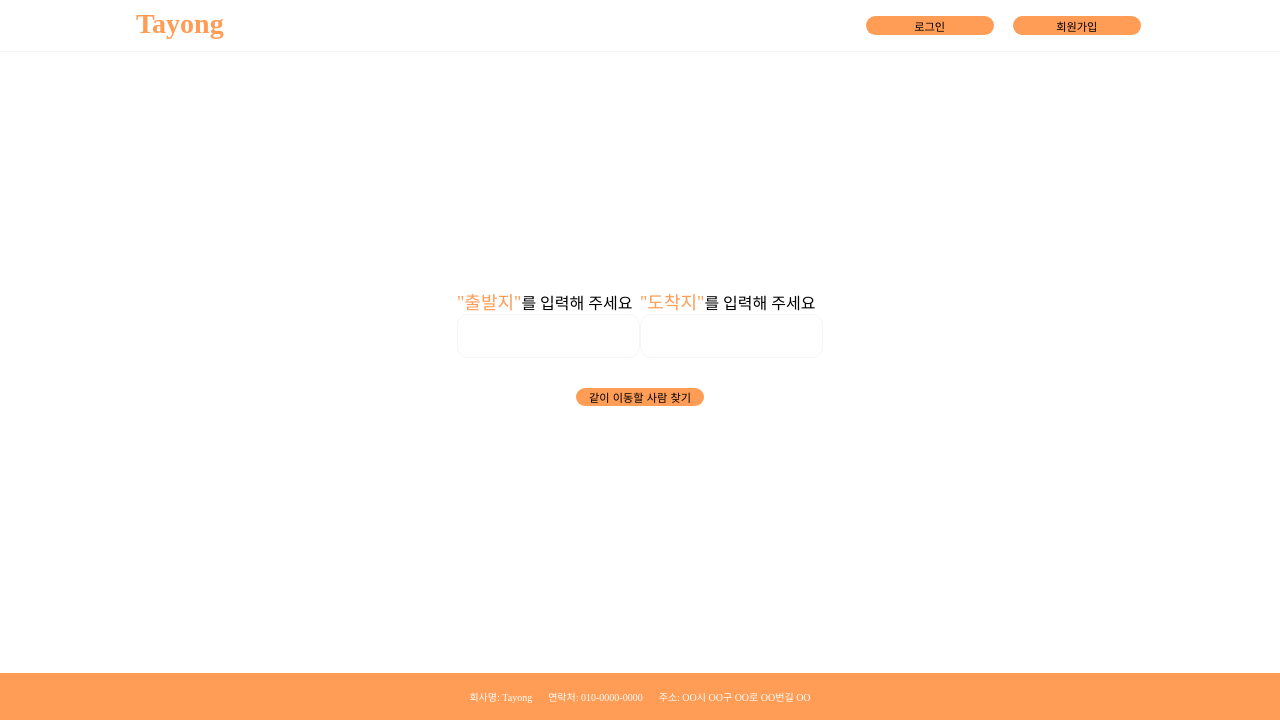
Repository: YEOMJINSEOP/playground
Page: / (app in tayong/)
An editor plug-in stored every save of this project. The page is shown before and after the next save, followed by the edit.
The browser window is 1280 px wide. The pictures show the whole page.
The project was rebuilt for these pictures with package versions that can differ from the ones it lists, and the page was loaded fresh each time.

Above is the page before, as saved 2022-10-28 14:26:02.

After the next save:
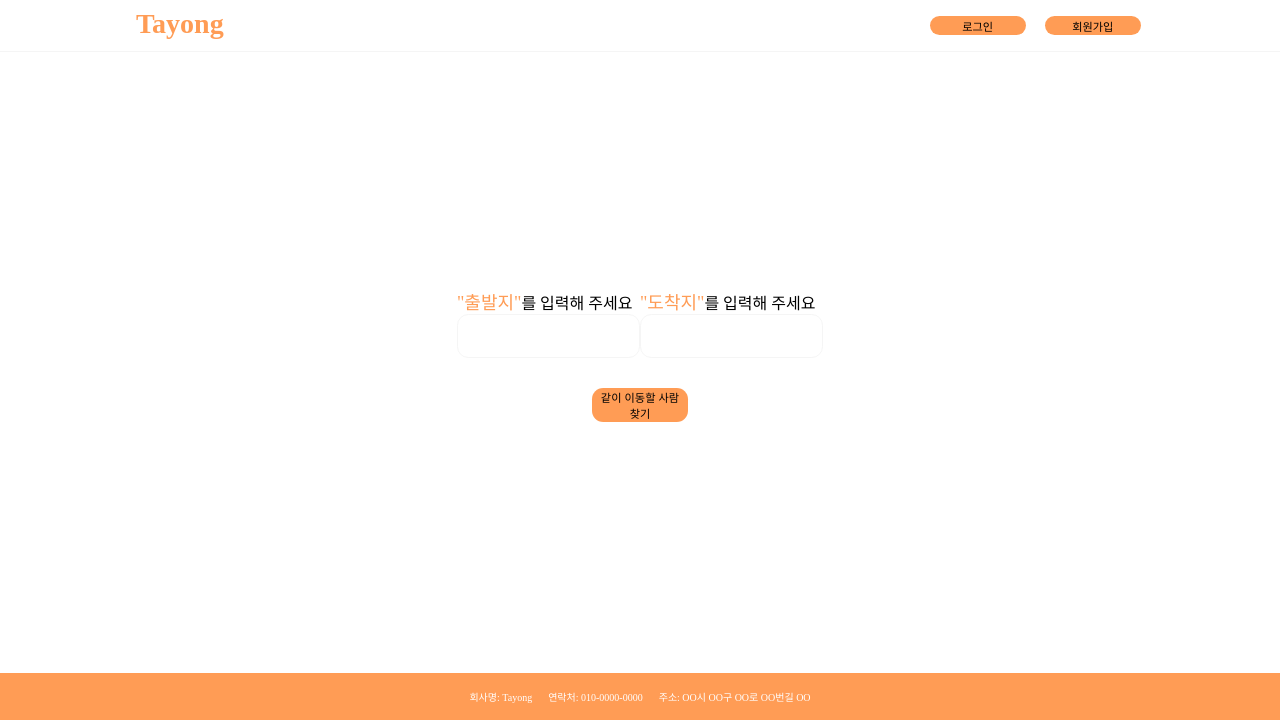
Saved 9 s later.
--- a/tayong/src/components/locationSelector/locationSelector.module.css
+++ b/tayong/src/components/locationSelector/locationSelector.module.css
@@ -36,7 +36,7 @@
 }
 
 button{
-  width: 8rem;
+  width: 6rem;
   background-color: var(--color-orange);
   border-radius: var(--border-radius) ;
 }

After the save that followed:
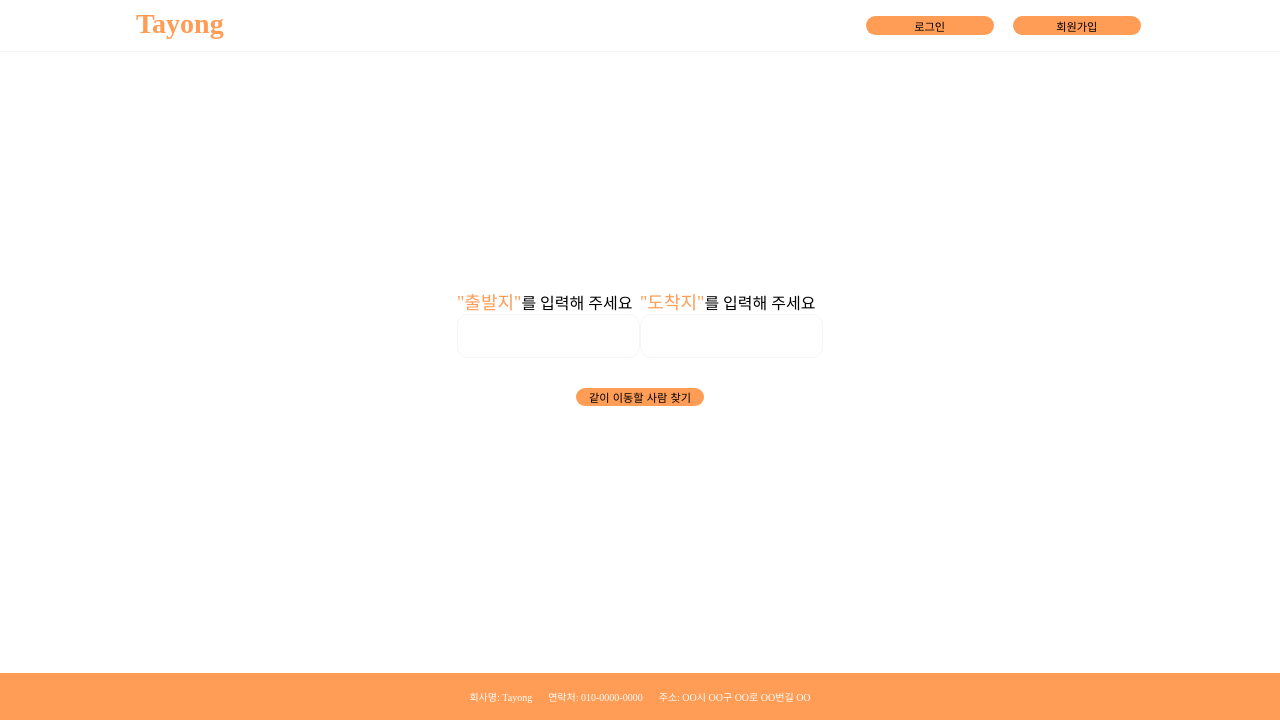
Saved 10 s later.
--- a/tayong/src/components/locationSelector/locationSelector.module.css
+++ b/tayong/src/components/locationSelector/locationSelector.module.css
@@ -36,7 +36,7 @@
 }
 
 button{
-  width: 6rem;
+  width: 8rem;
   background-color: var(--color-orange);
   border-radius: var(--border-radius) ;
 }
